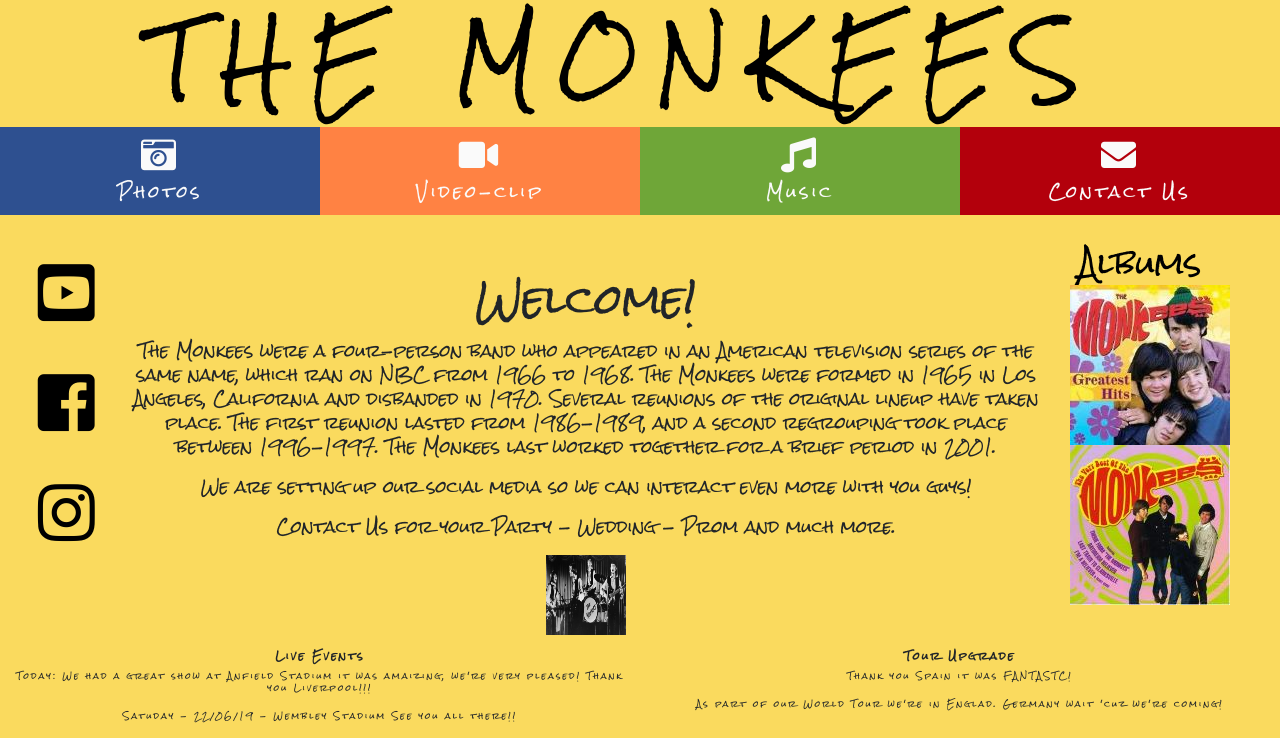
Repository: Code-Institute-Submissions/mile-stone-project
Page: index.html
The author's editor kept a record of every edit. The page is drawn from the files as they stood at one moment, then again after the next edit.
The browser window is 1280 px wide. The pictures show the whole page.
Some web libraries are served in a nearby version.

Above is the page before.

### index.html
<!DOCTYPE html>
<html lang="en">

<head>
    <meta charset="UTF-8">
    <meta name="viewport" content="width=device-width, initial-scale=1.0">
    <meta http-equiv="X-UA-Compatible" content="ie=edge">

    <!----------------------bootstrapcdn------------------------------>
    <link rel="stylesheet" href="https://stackpath.bootstrapcdn.com/bootstrap/4.3.1/css/bootstrap.min.css" type="text/css" />
    <!------------------------- fontawesomebootstrapcdn-------------------------->
    <link rel="stylesheet" href=" https://use.fontawesome.com/releases/v5.0.7/css/all.css" type="text/css" />
    <!---------------------------------------cdn hover------------------------------->
    <link rel="stylesheet" href="https://cdnjs.cloudflare.com/ajax/libs/hover.css/2.3.1/css/hover-min.css" type="text/css" />
    <!---------------------------------------------font------------------------------------>
    <link href="https://fonts.googleapis.com/css?family=Rock+Salt&display=swap" rel="stylesheet">

    <link rel="stylesheet" href="assets/style/style.css" type="text/css" />



    <title>The Monkees- Main-Page</title>
</head>


<body>

    <header>
        <div class="row container-fluid head">
            <div class="col-md-12">

                <a href="index.html" class="index">
                    <h1 style="font-size:6vw" class="title">The Monkees</h1>
                </a>
            </div>

        </div>

        <div class="container-fluid">
            <div class="row menu">
                <!----------------------------------------class= px-0 set padding to 0------------------------------->
                <div class="col-sm-3 px-0">
                    <a href="photos.html" class="photos"><i class="fas fa-camera-retro" aria-hidden="true"></i><br><span>Photos</span></a>
                </div>

                <div class="col-sm-3 px-0">
                    <a href="video-clip.html" class="videos"><i class="fas fa-video" aria-hidden="true"></i><br><span>Video-clip</span></a>
                </div>

                <div class="col-sm-3 px-0">
                    <a href="music.html" class="music"><i class="fas fa-music" aria-hidden="true"></i><br><span>Music</span></a>
                </div>

                <div class="col-sm-3 px-0">
                    <a href="contact.html" class="contact"><i class="fas fa-envelope" aria-hidden="true"></i><br><span>Contact Us</span></a>
                </div>



            </div>
        </div>

    </header>


    <section class="container-fluid">
        <div class="container-fluid">

            <!--------------------------------------<div class="w-100"></div>----force column breakdown bootstrap4.-------------------->
            <div class="row">
                <div class="col social-media">

                    <div class="youtube">
                        <a href="#" class="youtube"><i class="fab fa-youtube-square" aria-hidden="true"></i></a>
                    </div>

                    <div class="w-100"></div>

                    <div class="facebook">
                        <a href="#" class="facebook"><i class="fab fa-facebook-square" aria-hidden="true"><br></i></a>
                    </div>

                    <div class="w-100"></div>

                    <div class="instagram">
                        <a href="#" class="instagram"><i class="fab fa-instagram" aria-hidden="true"><br></i></a>
                    </div>






                </div>

                <!-------------------------------------------------------------------------------------------------->

                <div class="col-md-9 content">

                    <h1 class="content">Welcome!</h1>


                    <p class="text">

                        <p class="p1">The Monkees were a four-person band who appeared in an American television series of the same name, which ran on NBC from 1966 to 1968. The Monkees were formed in 1965 in Los Angeles, California and disbanded in 1970. Several reunions
                            of the original lineup have taken place. The first reunion lasted from 1986-1989, and a second regrouping took place between 1996-1997. The Monkees last worked together for a brief period in 2001.</p>

                        <p class="p2">We are setting up our social media so we can interact even more with you guys!</p>


                        <p class="p3">Contact Us for your Party - Wedding - Prom and much more.</p>
                    </p>


                    <a href="assets/pics/monkees.jpg">
                        <img src="assets/pics/monkees.jpg" class="img-responsive" style="width:80px;height:80px">
                    </a>



                </div>

                <!-------------------------------------------------------------------------------------------------->


                <div class="col records">

                    <div class="albums">
                        <a href="#" class="records"><span>Albums</span></a>
                    </div>

                    <div class="w-100"></div>

                    <div class="album-1">
                        <img src="assets/pics/cover.jpg"></img>
                    </div>

                    <div class="album-2">
                        <img src="assets/pics/album2.jpg"></img>
                    </div>


                </div>
            </div>

    </section>


    <footer class="container-fluid">

        <div class="row footer-details">

            <div class="col-sm-6 live-events">
                <h2 id="footer" class="uppercase">Live Events</h2>
                <p class="inline-block">
                    Today: We had a great show at Anfield Stadium it was amaizing, we're very pleased! Thank you Liverpool!!!
                </p>
                <p class="inline-block">
                    Satuday - 22/06/19 - Wembley Stadium See you all there!!
                </p>
            </div>

            <div class="col-sm-6 tour-upgrade">
                <h2 id="footer" class="uppercase">Tour Upgrade</h2>
                <p class="inline-block">
                    Thank you Spain it was FANTASTC!

                </p>
                <p class="inline-block">
                    As part of our World Tour we're in Englad. Germany wait 'cuz we're coming!

                </p>

            </div>

        </div>



    </footer>





</body>

</html>

### assets/style/style.css
@import url('https://fonts.googleapis.com/css?family=Rock+Salt&display=swap');



body {
    background-color: #fada5e;
}


.first-page {
    background-color: #fada5e;
    text-align: center;
    margin-top: 100px;
}


/*----------------------------------header------------*/

.index {
    text-decoration: none;

}


.title {
    text-align: center;
    background-color: #fada5e;
    padding: 15px;
    letter-spacing: 20px;
    margin: auto 0px;
    max-width: 100%;
    font-family: 'Rock Salt', cursive;
    text-transform: uppercase;
    color: Black;

}


/*-------------------------------Menu-------------------*/

.menu {
    margin-top: 5px;

}

/*-------------------------------photos-------------*/

.photos {
    background-color: #2e5090;
    padding-top: 10px;
    padding-bottom: 10px;
    display: block;
    font-size: 20px;
    text-align: center;
    margin: 0;
    letter-spacing: 3px;
    max-width: 100%;
    font-family: 'Rock Salt', cursive;


}

.photos i {
    color: #fafafa;
    font-size: 35px;
}

.photos span {
    color: #fafafa;
    font-size: 16px;
}


/*----------------------------------------VIDEOS-------------*/

.videos {
    background-color: #ff8243;
    padding-top: 10px;
    padding-bottom: 10px;
    display: block;
    font-size: 20px;
    text-align: center;
    margin: 0;
    letter-spacing: 3px;
    max-width: 100%;
    font-family: 'Rock Salt', cursive;

}

.videos i {
    color: #fafafa;
    font-size: 35px;
}

.videos span {
    color: #fafafa;
    font-size: 16px;
}

/*------------------------Music-------------*/

.music {
    background-color: #6FA638;
    padding-top: 10px;
    padding-bottom: 10px;
    display: block;
    font-size: 20px;
    text-align: center;
    margin: 0;
    letter-spacing: 3px;
    max-width: 100%;
    font-family: 'Rock Salt', cursive;

}

.music i {
    color: #fafafa;
    font-size: 35px;
}

.music span {
    color: #fafafa;
    font-size: 16px;
}


/*--------------------------------contact----------------------*/

.contact {
    background-color: #b3000c;
    padding-top: 10px;
    padding-bottom: 10px;
    display: block;
    font-size: 20px;
    text-align: center;
    margin: 0;
    letter-spacing: 3px;
    max-width: 100%;
    font-family: 'Rock Salt', cursive;

}

.contact i {
    color: #fafafa;
    font-size: 35px;
}

.contact span {
    color: #fafafa;
    font-size: 16px;
}

/*------------------------------------hover------------------------------*/

.photos:hover,
.music:hover,
.videos:hover,
.contact:hover {
    background-color: black;


}

a:hover {
    text-decoration: none;
}




/*---------------------------------------------Section-----------------------*/




.social-media {
    font-family: 'Rock Salt', cursive;
    text-align: center;

}



.youtube {
    display: block;
    font-size: 10px;
    text-align: center;
    margin-top: 45px;
    margin-bottom: 45px;

}

.youtube i {
    color: black;
    font-size: 65px;

}

.facebook {
    display: block;
    font-size: 10px;
    text-align: center;
    margin-top: 45px;
    margin-bottom: 45px;

}

.facebook i {
    color: black;
    font-size: 65px;

}

.instagram {
    display: block;
    font-size: 10px;
    text-align: center;
    margin-top: 45px;
    margin-bottom: 45px;
}


.instagram i {
    color: black;
    font-size: 65px;

}





/*-------------------------------------Content-------------------------------------*/

.content {
    font-family: 'Rock Salt', cursive;
    text-align: center;
    padding-top: 30px;
}

.content img {
    text-align: center;

}


.contact-page {
    margin: 0;
    padding: 15px;
    text-align: center;
}

.content-video {
    text-align: center;
    margin-top: 50px;
}

.content-contact {
    font-family: 'Rock Salt', cursive;
    text-align: center;
    padding-top: 15px;
    margin-bottom: 10px;
}

.form-control {
    width: 500px;
    margin: auto;
    padding: 0;
}

/*--------------------------------------------------Albums---------------------*/

.records {
    font-family: 'Rock Salt', cursive;
    font-size: 30px;
    text-align: center;
    margin-top: 25px;
    margin-bottom: 45px;
    margin-right: 20px;
    color: black;


}


.band {
    font-family: 'Rock Salt', cursive;
    font-size: 30px;
    text-align: center;
    margin-top: 25px;
    margin-bottom: 45px;
    margin-right: 20px;
    color: black;

}



.text {
    text-align: justify;
}



/*--------------------------------footer-details-------------------*/

footer {
    position: relative;
    right: 0;
    bottom: 0;
    left: 0;


}

.footer-details {
    background-color: #fada5e;
    font-family: 'Rock Salt', cursive;
    font-size: 8px;
    text-align: center;
    letter-spacing: 2px;
}

#footer {
    font-size: 10px;
    font-weight: bolder;

}






/*---------------------------------------------Contact - page --------------*/

.contact-page {
    text-align: center;
    max-width: 50%;
    margin: 0;
    padding: 0;

}


/*-------------------------------------@media-------------------------------*/

@media (max-width: 767px) {
    .records {
        display: none;
    }
    footer {
        display: none;
    }

    .form-control {
        width: 100%;
        height: auto;
    }
}


@media (max-width: 1024px) {
    .records {
        display: none;
    }

    iframe {
        width: 320px;
        height: 240px;
    }


}


@media (min-width: 1024px) {
    iframe {
        width: 460px;
        height: 320px;
    }
}

@media (max-width: 762px) {
    .social-media {
        display: inherit;
        letter-spacing: 3.5rem;

    }

    .youtube, .instagram, .facebook {
        margin-top: 15px;
        margin-bottom: 15px;

    }

    .col-md-9 {
        padding: 0;
    }


}

After the next edit:
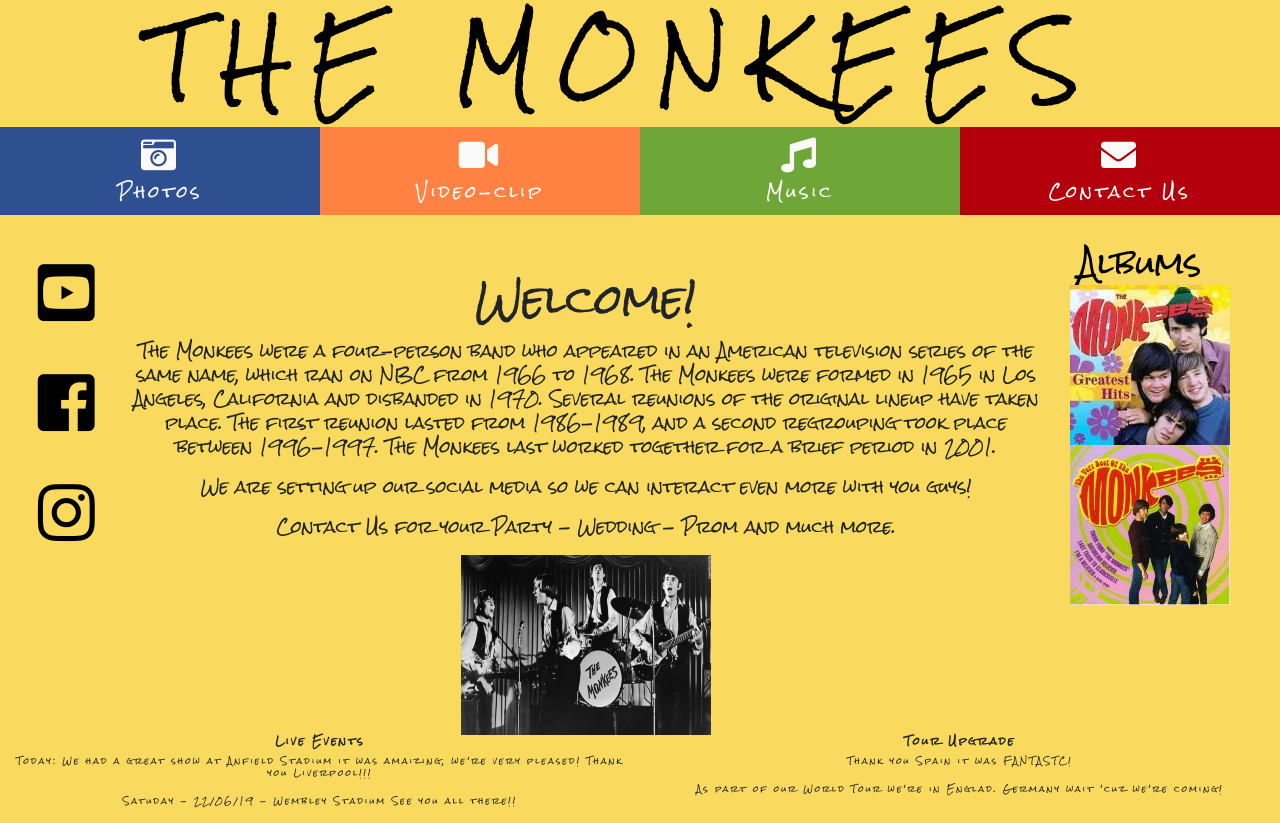
The edit:
--- a/index.html
+++ b/index.html
@@ -112,8 +112,8 @@
                     </p>
 
 
-                    <a href="assets/pics/monkees.jpg">
-                        <img src="assets/pics/monkees.jpg" class="img-responsive" style="width:80px;height:80px">
+                    <a href="assets/pics/monkees.jpg" target="_blank">
+                        <img src="assets/pics/monkees.jpg" class="img-responsive" style="width:250px;height:180px">
                     </a>
 
 
